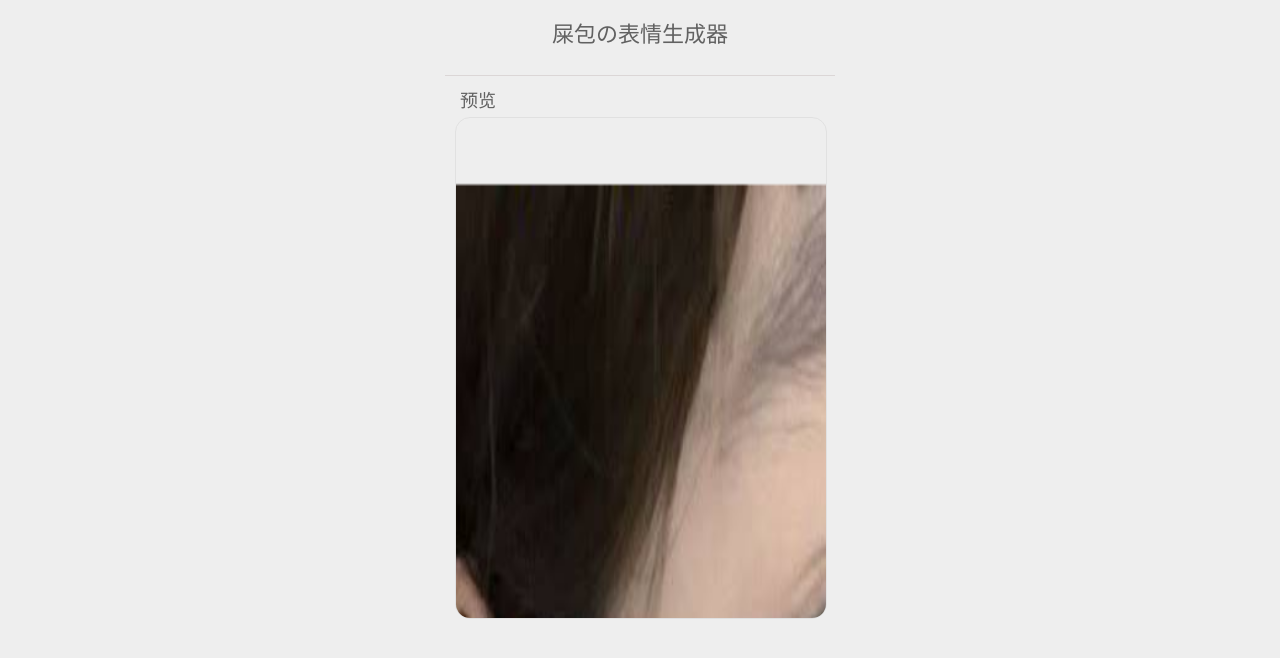
Repository: long-zuyang/shibao
Page: /
These files come from the project's save history. The page is drawn as it stood at one moment and after the next save; the edit follows.
The browser window is 1280 px wide. The pictures show the whole page.
The project was rebuilt for these pictures with package versions that can differ from the ones it lists, and the page was loaded fresh each time. Also part of the build but not shown: vite.config.ts.

Above is the page before, as saved 2023-06-29 21:09:40.

### src/main.tsx
import React from 'react';
import ReactDOM from 'react-dom/client';
import 'normalize.css';
import App from './App.tsx';

ReactDOM.createRoot(document.getElementById('root') as HTMLElement).render(
  <React.StrictMode>
    <App />
  </React.StrictMode>
);

### src/App.tsx
// import { useState } from 'react';
import { Flex, Image } from 'react-vant';
import React, { useRef, useEffect } from 'react';
import './App.less';

import CanvasDrow from './components/CanvasDraw';

// function App() {
//   // const [count, setCount] = useState(0);
//   // console.log(document.getElementById('cvs'));

// }

class App extends React.Component {
  state = {};

  componentDidMount() {
    // console.log(document.getElementById('cvs'));
  }

  render() {
    console.log('渲染');

    return (
      <div className="main">
        <div className="top">
          <div className="name">屎包の表情生成器</div>
        </div>
        <div className="container">
          <span className="tips">预览</span>
          <CanvasDrow />
        </div>
      </div>
    );
  }
}

export default App;

### src/App.less
html,
body {
  background-color: #eee;
  .main {
    width: 390px;
    margin: 0 auto;
    .top {
      height: 75px;
      position: relative;
      border-bottom: 1px solid rgb(219, 214, 214);
      .name {
        color: #616161;
        font-size: 22px;
        text-align: center;
        position: absolute;
        width: 100%;
        padding-top: 22px;
        font-family: 微软雅黑;
      }
    }
    .container {
      margin-top: 15px;
      padding: 0 10px;
      .tips {
        font-size: 18px;
        margin: 0px 5px;
        color: #616161;
        font-family: 微软雅黑;
      }
      canvas {
        margin-top: 5px;
        height: 500px;
        width: 370px;
        border: 1px solid rgba(223, 223, 223, 0.9);
        border-radius: 15px;
      }
    }
  }
}

### src/components/CanvasDraw.tsx
import { useRef, useEffect } from 'react';
import BaseImg from '../assets/base.jpg';

function CanvasDrow() {
  const canvasRef = useRef<HTMLCanvasElement>(null);

  useEffect(() => {
    const canvas = canvasRef.current;
    if (canvas == null) {
      return;
    }

    const ctx = canvas.getContext('2d');

    // 创建头像图片
    const headImg = new Image();
    headImg.src = BaseImg;
    headImg.width = 50;
    headImg.height = 50;

    // 图片加载完成后绘制图片
    headImg.onload = () => {
      ctx?.drawImage(headImg, 0, 20);
    };
  }, []);
  // if (!canvasRef.current) {
  //   return <div>Canvas is not available.</div>;
  // }
  return <canvas ref={canvasRef} />;
}

export default CanvasDrow;

Loaded but not shown: index.html (common file)

After the next save:
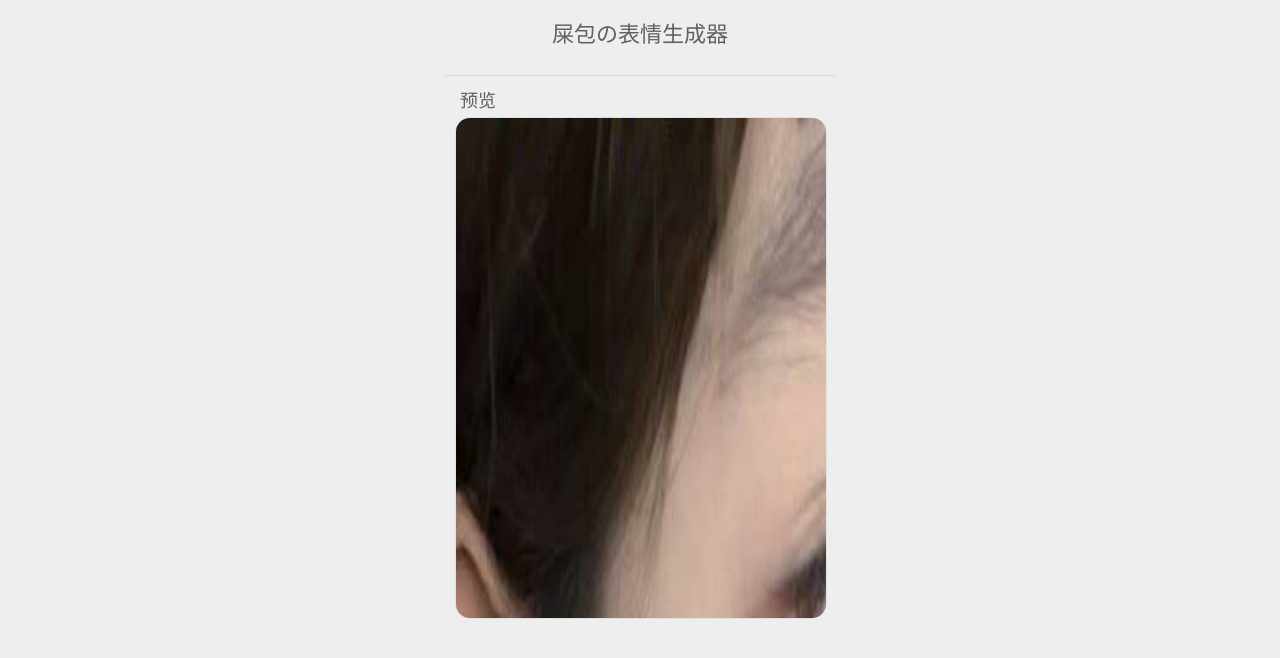
Saved 5 s later.
--- a/src/components/CanvasDraw.tsx
+++ b/src/components/CanvasDraw.tsx
@@ -20,7 +20,7 @@ function CanvasDrow() {
 
     // 图片加载完成后绘制图片
     headImg.onload = () => {
-      ctx?.drawImage(headImg, 0, 20);
+      ctx?.drawImage(headImg, 0, 0);
     };
   }, []);
   // if (!canvasRef.current) {
